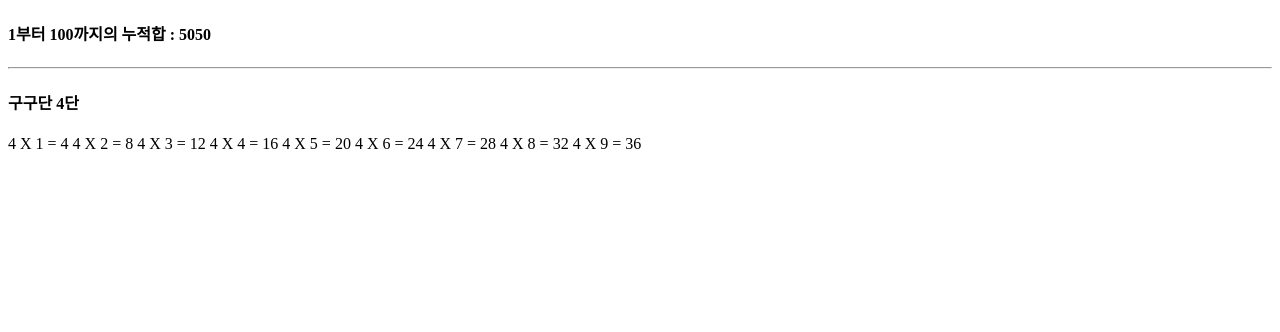
Repository: kitae1995/jsp-pratice
Page: http://localhost/JspBasic/JSTL/jstl_foreach.jsp
The author's editor kept a copy of each file at every save. The page is drawn from the files as they stood at one save, then again after the next save.
The browser window is 1280 px wide. The pictures show the whole page.
The page is served by Tomcat 9. Other server files are loaded and not shown.

Above is the page before, as saved 2023-09-12 05:51:57.

### JspBasic/src/main/webapp/JSTL/jstl_foreach.jsp
<%@ page language="java" contentType="text/html; charset=UTF-8"
    pageEncoding="UTF-8"%>
<%@ taglib uri="http://java.sun.com/jsp/jstl/core" prefix="c" %>

<!DOCTYPE html>
<html>
<head>
<meta charset="UTF-8">
<title>Insert title here</title>
</head>
<body>

	<%--<%
		int total = 0;
		for(int i=1; i<=100; i++){
			total += i;
		}


	<h4>1부터 100까지의 누적 합계 : <%=total %>입니다.</h4>--%>
	<%--기존 jsp로 for문 구현 --%>

	<%---------------------------------------------------------------------------------------------%>


	<c:set var="total" value="0"/>
	<c:forEach var="i" begin="1" end="100" step="1"> 	<!--  for문과 매우 유사함 -->
		<c:set var="total" value="${total + i }"/> <!--  total을 두번선언하는게 아는 기존의 total을 선언하기 위해 중복해서 쓴거임 -->
	</c:forEach>

	<h4>1부터 100까지의 누적합 : ${total }</h4>
	<%--
        <c:set> 태그는 변수의 생성과 동시에, 이미 동일한 이름의 데이터가 존재한다면
        기존의 데이터를 지목해서 값을 변경할 때도 사용합니다.
        마치 setAttribute()에서 이미 존재하는 이름을 지목하여 값을 변경하는 것처럼.
     --%>

     <hr>

     <h4>구구단 4단</h4>

     <c:forEach var="hang" begin="1" end="9"> <!-- step은 생략하면 1로 처리됨 , for문은 거의 1씩 늘어나니까 -->
     	4 X ${hang} = ${4*hang}
     </c:forEach>

</body>
</html>

After the next save:
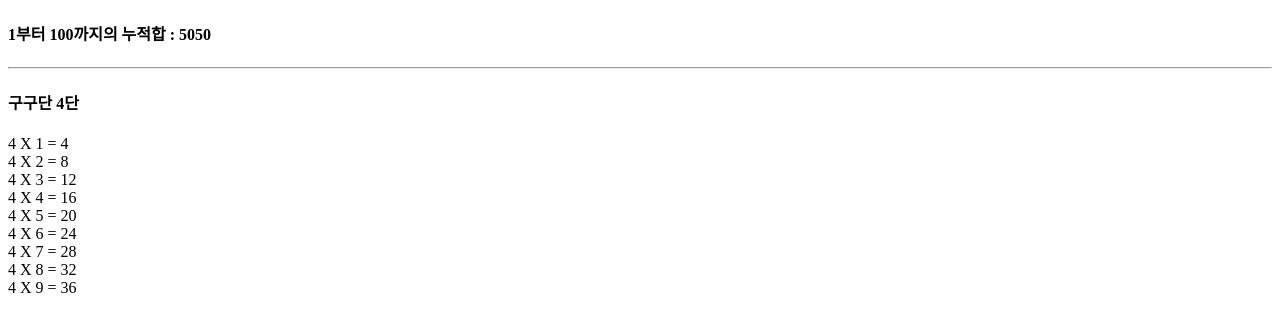
Saved 9 s later.
--- a/JspBasic/src/main/webapp/JSTL/jstl_foreach.jsp
+++ b/JspBasic/src/main/webapp/JSTL/jstl_foreach.jsp
@@ -40,7 +40,7 @@
      <h4>구구단 4단</h4>
 
      <c:forEach var="hang" begin="1" end="9"> <!-- step은 생략하면 1로 처리됨 , for문은 거의 1씩 늘어나니까 -->
-     	4 X ${hang} = ${4*hang}
+     	4 X ${hang} = ${4*hang} <br>
      </c:forEach>
 
 </body>
